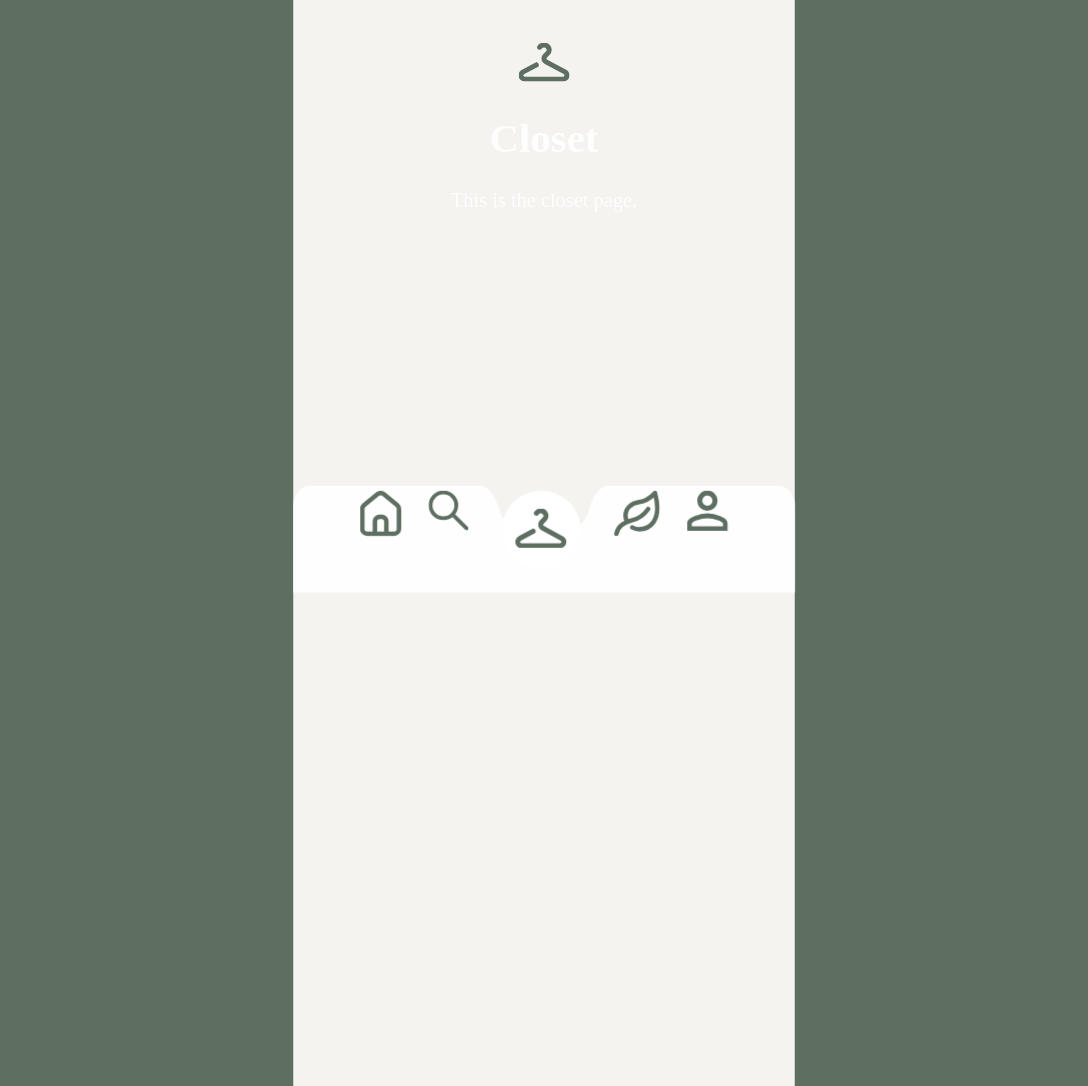
Repository: Strawb3rryjam/app-slotion
Page: /closet
An editor plug-in stored every save of this project. The page is shown before and after the next save, followed by the edit.
The browser window is 1280 px wide. The pictures show the whole page, at 85% of full size.
The project was rebuilt for these pictures with package versions that can differ from the ones it lists, and the page was loaded fresh each time. Also part of the build but not shown: vite.config.js. Imported but missing from the stored project, and not drawn on this page: src/pages/Home.

Above is the page before, as saved 2025-05-09 02:40:18.

### src/main.jsx
import { StrictMode } from 'react'
import { createRoot } from 'react-dom/client'
import './index.css'

import { BrowserRouter } from 'react-router-dom'
import App from './App.jsx'

createRoot(document.getElementById('root')).render(
  <StrictMode>
    <BrowserRouter>
      <App />
    </BrowserRouter>
  </StrictMode>
)

### src/index.css
:root {
  color: rgba(255, 255, 255, 0.87);
}

body {
  width: 393px;
  min-height: 852px;
  margin: 0 auto;
  zoom: 150%;



  background-color: #F5F3EF;
  position: relative;

}

html {
  background-color: #5E6F62;
}

### src/App.jsx
import './App.css'
import Home from './pages/Home'
import Closet from './pages/Closet'
import {Routes, Route} from 'react-router-dom'
import FinalNav from './components/finalNav.jsx'


function App() {
  return (
    <div>
      <FinalNav />
      <main className = "main-content">
        <Routes>
          <Route path = "/" element = {<Home />} />
          <Route path = "/closet" element = {<Closet />} />

        </Routes>
      </main>
    </div>

  )
}

export default App

### src/pages/Closet.jsx

function Closet() {
  return (
    <div>
      <h1>Closet</h1>
      <p>This is the closet page.</p>
    </div>
  );
}

export default Closet;

### src/components/finalNav.jsx
import NavBar from "../components/NavBar.jsx";
import ClosetButton from "../components/closetPageButton.jsx";


export default function FinalNav() {
    return (
        <div className="nav-container">
            <NavBar />
            <ClosetButton />
        </div>
    );
}

### src/components/NavBar.jsx
import { Link } from "react-router-dom";
import styles from "../css/NavBar.module.css";  // Use this to import styles

/*images*/
import navBase from "../assets/NavBar.svg";
import homeIcon from "../assets/Home.svg";
import searchIcon from "../assets/search.svg";
import closetIcon from "../assets/Hanger.svg";
import tipsIcon from "../assets/leaf.svg";
import profileIcon from "../assets/Profile.svg";

/*component*/
import ClosetButton from "../components/closetPageButton";


function NavBar() {
    return (
        <nav className={styles.navbar}> {/* Use styles.navbar for CSS modules */}
            <div className={styles["navbar-links"]}> {/* Use styles for other classes */}
                <Link to="/" className={styles.Home}>
                    <img src={homeIcon} alt="Home" className={styles["nav-icon"]} />
                </Link>
                <Link to="/Search" className={styles.Search}>
                    <img src={searchIcon} alt="Search" className={styles["nav-icon"]} />
                </Link>

                <div className={styles.Closet}>
                  <ClosetButton></ClosetButton>
                </div>

                <Link to="/Tips" className={styles.Tips}>
                    <img src={tipsIcon} alt="Tips" className={styles["nav-icon"]} />
                </Link>
                <Link to="/Profile" className={styles.Profile}>
                    <img src={profileIcon} alt="Profile" className={styles["nav-icon"]} />
                </Link>



            </div>
        </nav>
    );
}

export default NavBar;

### src/components/closetPageButton.jsx
import { useState } from "react";
import { Link } from "react-router-dom";
import styles from "../css/closetPageButton.module.css"; // ✅ Make sure file name matches

// Import icons
import closetNotActive from "../assets/Hanger.svg";
import closetActive from "../assets/HangerActive.svg";



export default function ClosetButton() {
    const [isActive, setIsActive] = useState(false);

    const handleClick = () => {
        setIsActive(!isActive);
    };

    return (
        <div className={styles.closetWrapper}>
            {isActive && (
                <div className={styles.dropdown}>
                    <Link to="/CreatePost" className={styles.dropdownOption1}>Create Post</Link>
                    <Link to="/Closet" className={styles.dropdownOption2}>View Closet</Link>
                </div>
            )}
            <button onClick={handleClick} className={styles.Closet}>
                <img
                    src={isActive ? closetActive : closetNotActive}
                    alt="Closet"
                    className={styles["nav-icon"]}
                />
            </button>
        </div>
    );
}

### src/css/NavBar.module.css
.navbar {
  position: fixed;
  bottom: 0;
  left: 50%;
  transform: translateX(-50%); /* shifts it back by half its own width */

  padding: 19px 32px 33px 32px;

  display: flex;
  justify-content: center;

  background-image: url(../assets/NavBar.svg);
  background-repeat: no-repeat;
  background-position: center;
  background-size: contain;

  width: 329px;
  max-height: 84px;
}



.navbar-links {
  display: flex;
  justify-content: space-between;
  width: 100%;
  padding: 0 20px; /* Add padding to the left and right */
}


  /*icons*/
  .Home {
    width: 28.444px;
    height: 32px;
  }

  .Search{
    width: 31px;
    height: 31px;
  }

  .Tips{
    width: 32px;
    height: 32px;
  }

.Profile{
  width: 32px;
  height: 32px;
}

.Closet {
  width: 62.2px;
  height: 62.2px;
  background-color: white;
  border-radius: 50%; /* makes it a perfect circle */
  display: flex;
  align-items: center;
  justify-content: center;
}

### src/css/closetPageButton.module.css
.closetWrapper {
    position: relative;
    display: inline-block;
}

.dropdown {
    top: -110px; /* adjust as needed */
    border-radius: 8px;
    padding: 0.5rem;
    display: flex;
    flex-direction: column;
    align-items: center;

    gap: 0.5rem;
    z-index: 10;

    position: absolute;
    bottom: 100%;
    left: 50%;
    transform: translateX(-50%);

}

.dropdownOption1,
.dropdownOption2 {
    color: white;
    text-decoration: none; /* removes underline */
    padding: 0.5rem 1rem;
    border-radius: 4px;
    font-weight: bold;
    text-align: center;
    background-color: transparent;
    transition: background-color 0.2s;
    align-self: center;

    width: 361px;
    height: 59px;
    background-color: #4CAF50; /* green background */


}

.dropdownOption1:hover,
.dropdownOption2:hover {
    background-color: rgba(255, 255, 255, 0.2); /* subtle hover effect */
}

.Closet {
    background: none;
    border: none;
    cursor: pointer;
}

.nav-icon {
    width: 40px;
    height: auto;
}

Loaded but not shown: index.html (common file); src/App.css (common file)

After the next save:
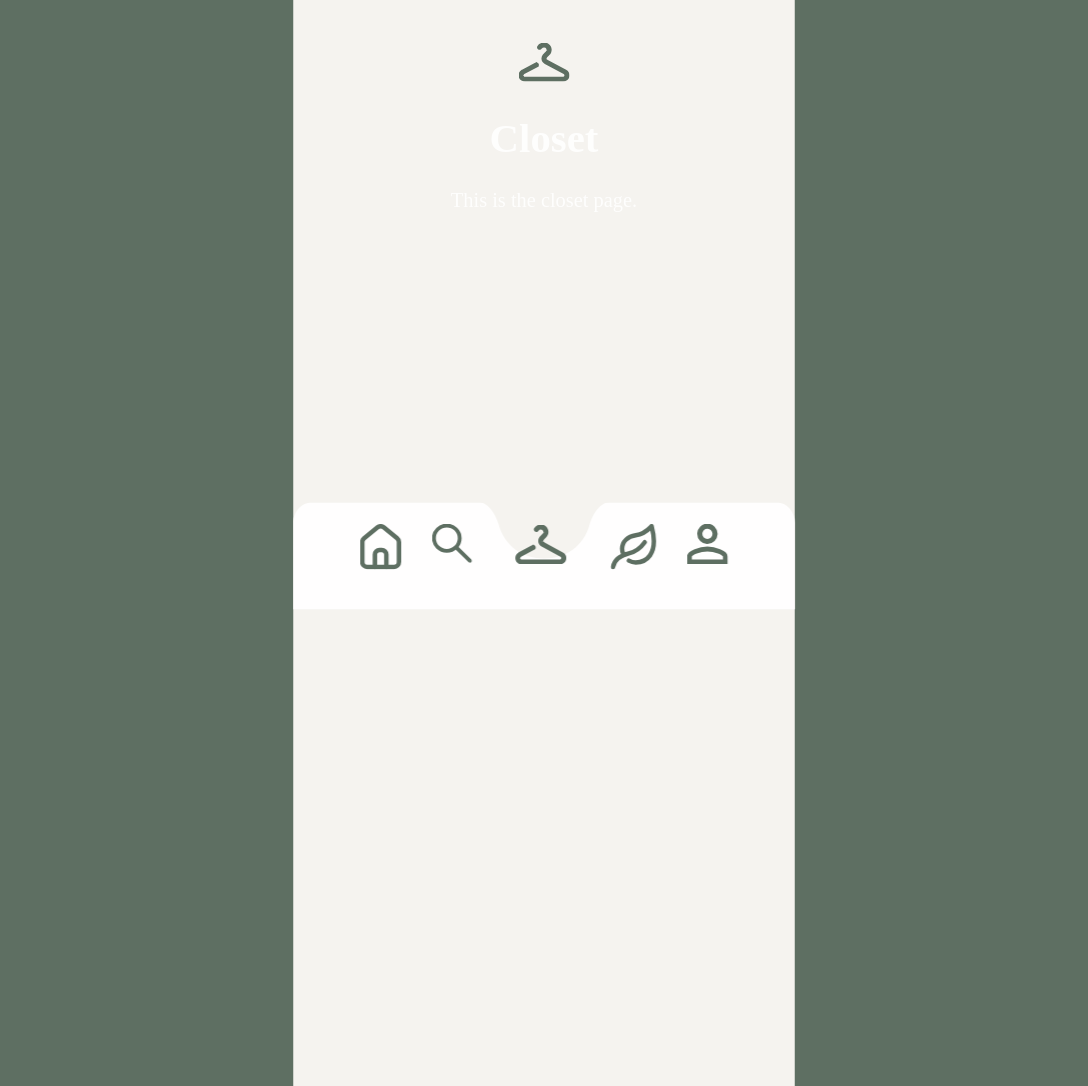
Saved 43 s later.
--- a/src/components/NavBar.jsx
+++ b/src/components/NavBar.jsx
@@ -24,9 +24,7 @@ function NavBar() {
                     <img src={searchIcon} alt="Search" className={styles["nav-icon"]} />
                 </Link>
 
-                <div className={styles.Closet}>
                   <ClosetButton></ClosetButton>
-                </div>
 
                 <Link to="/Tips" className={styles.Tips}>
                     <img src={tipsIcon} alt="Tips" className={styles["nav-icon"]} />
